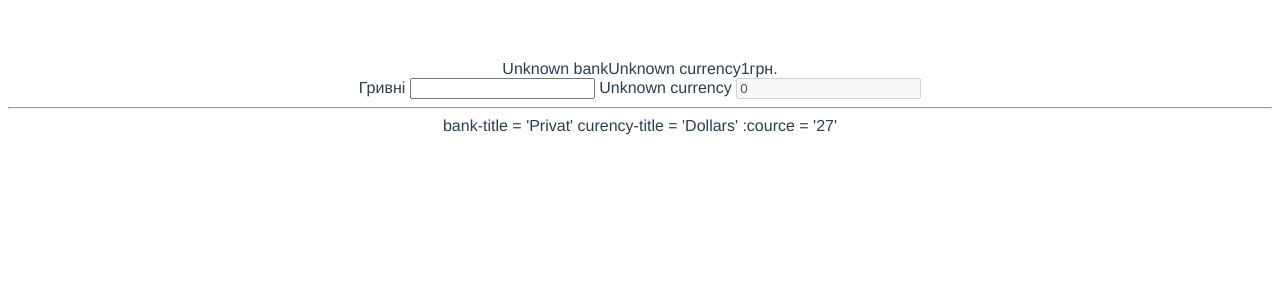
Repository: KYUUBI-K/HTML
Page: / (app in За 2 курс/VUe.js/kichen/)
An editor plug-in stored every save of this project. The page is shown before and after the next save, followed by the edit.
The browser window is 1280 px wide. The pictures show the whole page.
The project was rebuilt for these pictures with package versions that can differ from the ones it lists, and the page was loaded fresh each time.

Above is the page before, as saved 2021-09-15 12:06:44.

### За 2 курс/VUe.js/kichen/src/App.vue
<template>
  <div id="app">
    <converter/>
    <hr>
    bank-title = 'Privat'
    curency-title = 'Dollars'
    :cource = '27'
  </div>
</template>

<script>
import Converter from "@/components/Converter"

export default {
  name: 'App',
  components: {
    Converter
  }
}
</script>

<style>
#app {
  font-family: Avenir, Helvetica, Arial, sans-serif;
  -webkit-font-smoothing: antialiased;
  -moz-osx-font-smoothing: grayscale;
  text-align: center;
  color: #2c3e50;
  margin-top: 60px;
}
</style>

### За 2 курс/VUe.js/kichen/src/components/Converter/index.vue
<template>
    <div>
        <div>
            <span>{{bankTitle}}</span>
            <span>{{currencyTitle}}</span>
            <span>{{course}}грн.</span>
        </div>
        <div>
            <label>
                Гривні
                <input type="number" v-model.number="grnAmount">
            </label>
            <label >
                {{currencyTitle}}
                <input type="number" :value="currencyAmount" disabled="!isTwoWayConverter" >
            </label>
        </div>
    </div>
</template>

<script>
    export default {
        name:'Converter',
        props: {
            bankTitle: {
                type: String,
                default: 'Unknown bank'
            },
            currencyTitle:{
                 type: String,
                default: 'Unknown currency'
            },
            course:{
                type: [Number,String]   ,
                default: 1,

            },
            isTwoWayConverter:{
                type:Boolean,
                default:false
            }
        },
        data() {
            return {
                grnAmount: null
            }
        },
        computed: {
            currencyAmount() {
                return this.grnAmount/this.course
            }
        },
    }
</script>

<style lang="scss" scoped>

</style>

Loaded but not shown: За 2 курс/VUe.js/kichen/public/index.html (common file); За 2 курс/VUe.js/kichen/src/main.js (common file)

After the next save:
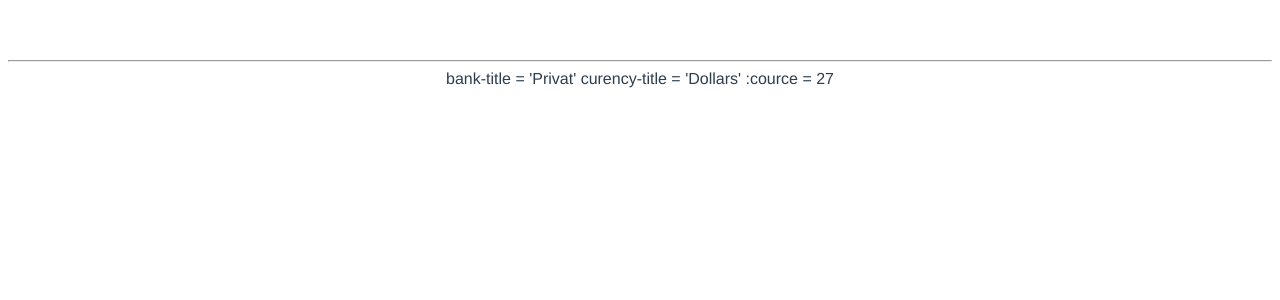
Saved 48 s later.
--- a/За 2 курс/VUe.js/kichen/src/App.vue
+++ b/За 2 курс/VUe.js/kichen/src/App.vue
@@ -1,10 +1,9 @@
 <template>
   <div id="app">
-    <converter/>
     <hr>
     bank-title = 'Privat'
     curency-title = 'Dollars'
-    :cource = '27'
+    :cource = 27
   </div>
 </template>
 
